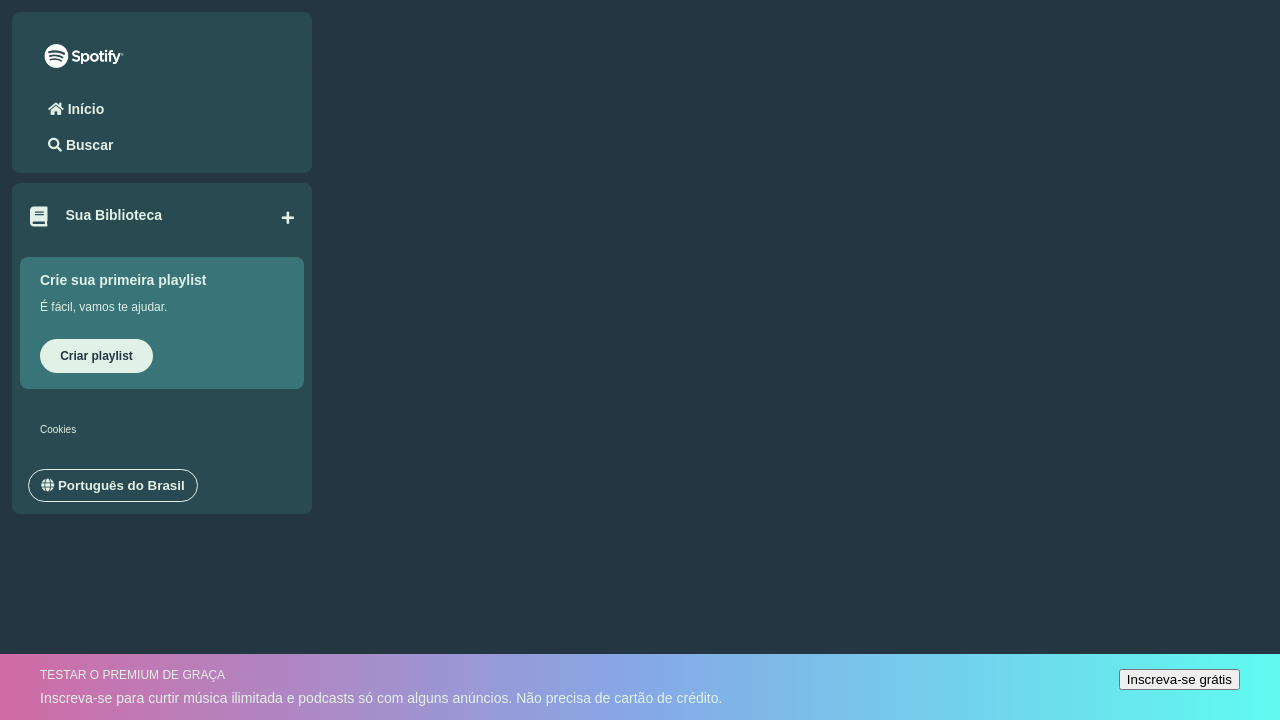
Repository: rafaazevedo-gs/Imers-o-Alura-Front-end
Page: index.html
An editor plug-in stored every save of this project. The page is shown before and after the next save, followed by the edit.
The browser window is 1280 px wide. The pictures show the whole page.

Above is the page before, as saved 2025-01-30 13:37:46.

After the next save:
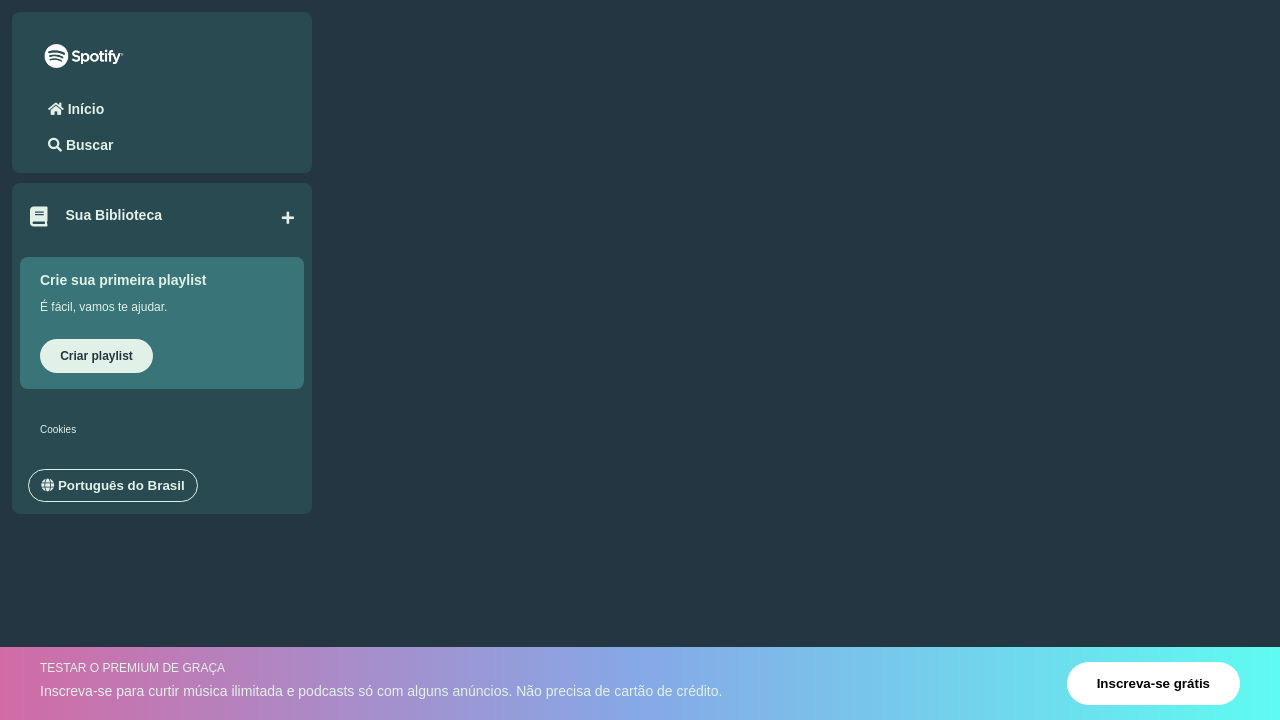
Saved 12 s later.
--- a/src/styles/styles.css
+++ b/src/styles/styles.css
@@ -202,3 +202,16 @@
     font-size: 14px;
     font-family: "DM Sans", sans-serif;
 }
+
+.disclaimer-premium button {
+    background-color: #fff;
+    color:#243642
+    font-size: 16px;
+    font-weight: bold;
+    font-family: "DM Sans", sans-serif;
+    padding: 14px 30px;
+    border: 0px;
+    border-radius: 40px;
+    cursor: pointer;
+    flex-shrink: 0;
+}
